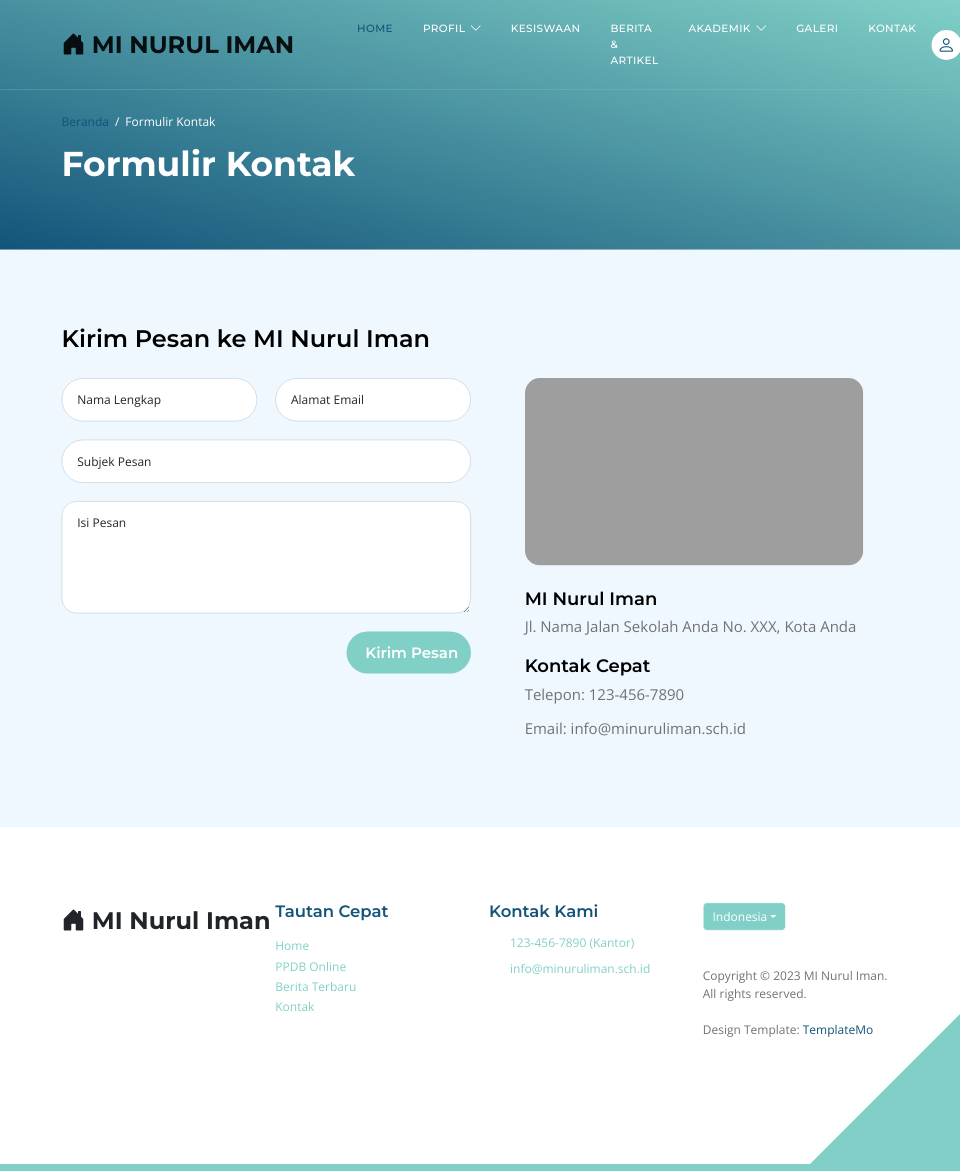
Repository: MKennyChaniago/sekolah-mi-nurul-iman
Page: http://localhost/kontak
An editor plug-in stored every save of this project. The page is shown before and after the next save, followed by the edit.
The browser window is 1280 px wide. The page is 1282 px wide, so the pictures cover 1282 px, including what lies to the right of the window. The pictures show the whole page, at 75% of full size.
Pictures or frames that could not be fetched are drawn as grey boxes. The page is served by the project's Laravel application, run on PHP 8.4 with Laravel 12. Other server files are loaded and not shown.

Above is the page before, as saved 2025-11-24 09:14:22.
Console error: TypeError: Cannot read properties of undefined (reading 'top')

### routes/web.php
<?php

use Illuminate\Support\Facades\Route;
use App\Http\Controllers\HomeController;
// Anda mungkin akan membuat Controller baru, contohnya:
// use App\Http\Controllers\ProfileController;

// --- A. ROUTE FRONTEND (MI NURUL IMAN) ---

// 1. HOME
Route::get('/', [HomeController::class, 'index'])->name('home');

// 2. PROFIL (Menggunakan grup untuk submenu)
Route::prefix('profil')->group(function () {
    Route::get('/sejarah', function () { return view('profil.sejarah'); })->name('profil.sejarah');
    Route::get('/visi-misi', function () { return view('profil.visi_misi'); })->name('profil.visi_misi');
    Route::get('/struktur-organisasi', function () { return view('profil.struktur'); })->name('profil.struktur');
});

// 3. KESISWAAN
Route::get('/kesiswaan', function () { return view('kesiswaan.index'); })->name('kesiswaan');

// 4. BERITA & ARTIKEL
// Listing Berita Utama
Route::get('/berita', function () { return view('berita.listing'); })->name('berita.listing');
// Detail Berita dengan parameter dinamis (slug)
Route::get('/berita/{slug}', function ($slug) { return view('berita.detail', compact('slug')); })->name('berita.detail');

// 5. AKADEMIK
Route::prefix('akademik')->group(function () {
    Route::get('/kurikulum', function () { return view('akademik.kurikulum'); })->name('akademik.kurikulum');
    Route::get('/guru-staff', function () { return view('akademik.guru_staff'); })->name('akademik.guru_staff');
    Route::get('/produk-hukum', function () { return view('akademik.produk_hukum'); })->name('akademik.produk_hukum');
});

// 6. Galeri
Route::get('/galeri', function () { return view('galeri.index'); })->name('galeri');

// 7. KONTAK MANDIRI (Formulir Kontak)
Route::get('/kontak', function () { return view('kontak'); })->name('kontak');


// --- B. ROUTE BACKEND (ADMIN) ---

// 8. ADMIN LOGIN
Route::get('/admin/login', function () {
    return view('admin.login');
})->name('admin.login');

### resources/views/kontak.blade.php
@extends('layouts.frontend')

@section('title', 'Hubungi Kami')

@section('content')

    <header class="site-header d-flex flex-column justify-content-center align-items-center">
        <div class="container">
            <div class="row align-items-center">

                <div class="col-lg-5 col-12">
                    <nav aria-label="breadcrumb">
                        <ol class="breadcrumb">
                            <li class="breadcrumb-item"><a href="{{ route('home') }}">Beranda</a></li>
                            <li class="breadcrumb-item active" aria-current="page">Formulir Kontak</li>
                        </ol>
                    </nav>

                    <h2 class="text-white">Formulir Kontak</h2>
                </div>

            </div>
        </div>
    </header>

    <section class="section-padding section-bg">
        <div class="container">
            <div class="row">

                <div class="col-lg-12 col-12">
                    <h3 class="mb-4 pb-2">Kirim Pesan ke MI Nurul Iman</h3>
                </div>

                <div class="col-lg-6 col-12">
                    <form action="#" method="post" class="custom-form contact-form" role="form">
                        @csrf

                        <div class="row">
                            <div class="col-lg-6 col-md-6 col-12">
                                <div class="form-floating">
                                    <input type="text" name="name" id="name" class="form-control" placeholder="Nama Lengkap" required="">
                                    <label for="floatingInput">Nama Lengkap</label>
                                </div>
                            </div>

                            <div class="col-lg-6 col-md-6 col-12">
                                <div class="form-floating">
                                    <input type="email" name="email" id="email" pattern="[^ @]*@[^ @]*" class="form-control" placeholder="Alamat Email" required="">
                                    <label for="floatingInput">Alamat Email</label>
                                </div>
                            </div>

                            <div class="col-lg-12 col-12">
                                <div class="form-floating">
                                    <input type="text" name="subject" id="subject" class="form-control" placeholder="Subjek Pesan" required="">
                                    <label for="floatingInput">Subjek Pesan</label>
                                </div>

                                <div class="form-floating">
                                    <textarea class="form-control" id="message" name="message" placeholder="Tuliskan pesan Anda"></textarea>
                                    <label for="floatingTextarea">Isi Pesan</label>
                                </div>
                            </div>

                            <div class="col-lg-4 col-12 ms-auto">
                                <button type="submit" class="form-control">Kirim Pesan</button>
                            </div>

                        </div>
                    </form>
                </div>

                <div class="col-lg-5 col-12 mx-auto mt-5 mt-lg-0">
                    <iframe class="google-map" src="http://googleusercontent.com/maps.google.com/3" width="100%" height="250" style="border:0;" allowfullscreen="" loading="lazy" referrerpolicy="no-referrer-when-downgrade"></iframe>

                    <h5 class="mt-4 mb-2">MI Nurul Iman</h5>

                    <p>Jl. Nama Jalan Sekolah Anda No. XXX, Kota Anda</p>

                    <h5 class="mt-4 mb-2">Kontak Cepat</h5>
                    <p>Telepon: 123-456-7890</p>
                    <p>Email: info@minuruliman.sch.id</p>
                </div>

            </div>
        </div>
    </section>

@endsection

### resources/views/layouts/frontend.blade.php
<!doctype html>
<html lang="id">
    <head>
        <meta charset="utf-8">
        <meta name="viewport" content="width=device-width, initial-scale=1">

        <meta name="description" content="Website Resmi Madrasah Ibtidaiyah Nurul Iman. Informasi PPDB, Kurikulum, dan Kegiatan Siswa.">
        <meta name="author" content="MI Nurul Iman Developer Team">

        <title>MI Nurul Iman | @yield('title', 'Beranda')</title>

        <link rel="preconnect" href="https://fonts.googleapis.com">
        <link rel="preconnect" href="https://fonts.gstatic.com" crossorigin>

        <link href="https://fonts.googleapis.com/css2?family=Montserrat:wght@500;600;700&family=Open+Sans&display=swap" rel="stylesheet">

        <link href="{{ asset('css/bootstrap.min.css') }}" rel="stylesheet">
        <link href="{{ asset('css/bootstrap-icons.css') }}" rel="stylesheet">
        <link href="{{ asset('css/templatemo-topic-listing.css') }}" rel="stylesheet">

        @yield('styles')
    </head>

    <body id="top">

        <main>

            <nav class="navbar navbar-expand-lg">
                <div class="container">
                    <a class="navbar-brand" href="{{ route('home') }}">
                        <i class="bi-house-door-fill"></i>
                        <span>MI NURUL IMAN</span>
                    </a>

                    <div class="d-lg-none ms-auto me-4">
                        <a href="{{ route('admin.login') }}" class="navbar-icon bi-person smoothscroll" title="Login Admin"></a>
                    </div>

                    <button class="navbar-toggler" type="button" data-bs-toggle="collapse" data-bs-target="#navbarNav" aria-controls="navbarNav" aria-expanded="false" aria-label="Toggle navigation">
                        <span class="navbar-toggler-icon"></span>
                    </button>

                    <div class="collapse navbar-collapse" id="navbarNav">
                        <ul class="navbar-nav ms-lg-5 me-lg-auto">

                            <li class="nav-item">
                                <a class="nav-link click-scroll" href="{{ route('home') }}">HOME</a>
                            </li>

                            <li class="nav-item dropdown">
                                <a class="nav-link dropdown-toggle" href="#" id="profilDropdown" role="button" data-bs-toggle="dropdown" aria-expanded="false">PROFIL</a>
                                <ul class="dropdown-menu dropdown-menu-light" aria-labelledby="profilDropdown">
                                    <li><a class="dropdown-item" href="{{ route('profil.sejarah') }}">Sejarah Madrasah</a></li>
                                    <li><a class="dropdown-item" href="{{ route('profil.visi_misi') }}">Visi & Misi</a></li>
                                    <li><a class="dropdown-item" href="{{ route('profil.struktur') }}">Struktur Organisasi</a></li>
                                </ul>
                            </li>

                            <li class="nav-item">
                                <a class="nav-link click-scroll" href="{{ route('kesiswaan') }}">KESISWAAN</a>
                            </li>

                            <li class="nav-item">
                                <a class="nav-link click-scroll" href="{{ route('berita.listing') }}">BERITA & ARTIKEL</a>
                            </li>

                            <li class="nav-item dropdown">
                                <a class="nav-link dropdown-toggle" href="#" id="akademikDropdown" role="button" data-bs-toggle="dropdown" aria-expanded="false">AKADEMIK</a>
                                <ul class="dropdown-menu dropdown-menu-light" aria-labelledby="akademikDropdown">
                                    <li><a class="dropdown-item" href="{{ route('akademik.kurikulum') }}">Kurikulum</a></li>
                                    <li><a class="dropdown-item" href="{{ route('akademik.guru_staff') }}">Guru & Staff</a></li>
                                    <li><a class="dropdown-item" href="{{ route('akademik.produk_hukum') }}">Produk Hukum</a></li>
                                </ul>
                            </li>

                            <li class="nav-item">
                                <a class="nav-link click-scroll" href="{{ route('galeri') }}">GALERI</a>
                            </li>

                            <li class="nav-item">
                                <a class="nav-link click-scroll" href="{{ route('kontak') }}">KONTAK</a>
                            </li>

                        </ul>

                        <div class="d-none d-lg-block">
                            <a href="{{ route('admin.login') }}" class="navbar-icon bi-person smoothscroll" title="Login Admin"></a>
                        </div>
                    </div>
                </div>
            </nav>
            @yield('content')


        </main>

        <footer class="site-footer section-padding">
            <div class="container">
                <div class="row">

                    <div class="col-lg-3 col-12 mb-4 pb-2">
                        <a class="navbar-brand mb-2" href="{{ route('home') }}">
                            <i class="bi-house-door-fill"></i>
                            <span>MI Nurul Iman</span>
                        </a>
                        <p class="text-white-50 mt-3">Jl. Nama Jalan Sekolah Anda, Kota Anda.</p>
                        <p class="text-white-50">Email: info@minuruliman.sch.id</p>
                    </div>

                    <div class="col-lg-3 col-md-4 col-6">
                        <h6 class="site-footer-title mb-3">Tautan Cepat</h6>
                        <ul class="site-footer-links">
                            <li class="site-footer-link-item"><a href="{{ route('home') }}" class="site-footer-link">Home</a></li>
                            <li class="site-footer-link-item"><a href="#" class="site-footer-link">PPDB Online</a></li>
                            <li class="site-footer-link-item"><a href="#berita-artikel" class="site-footer-link">Berita Terbaru</a></li>
                            <li class="site-footer-link-item"><a href="#contact-section" class="site-footer-link">Kontak</a></li>
                        </ul>
                    </div>

                    <div class="col-lg-3 col-md-4 col-6 mb-4 mb-lg-0">
                        <h6 class="site-footer-title mb-3">Kontak Kami</h6>
                        <p class="text-white d-flex mb-1">
                            <i class="bi-telephone me-2"></i>
                            <a href="tel: 123-456-7890" class="site-footer-link">123-456-7890 (Kantor)</a>
                        </p>
                        <p class="text-white d-flex">
                            <i class="bi-envelope me-2"></i>
                            <a href="mailto:info@minuruliman.sch.id" class="site-footer-link">info@minuruliman.sch.id</a>
                        </p>
                    </div>

                    <div class="col-lg-3 col-md-4 col-12 mt-4 mt-lg-0 ms-auto">
                        <div class="dropdown">
                            <button class="btn btn-secondary dropdown-toggle" type="button" data-bs-toggle="dropdown" aria-expanded="false">
                            Indonesia</button>
                            <ul class="dropdown-menu">
                                <li><button class="dropdown-item" type="button">English</button></li>
                            </ul>
                        </div>

                        <p class="copyright-text mt-lg-5 mt-4">Copyright © {{ date('Y') }} MI Nurul Iman. All rights reserved.
                        <br><br>Design Template: <a rel="nofollow" href="https://templatemo.com" target="_blank">TemplateMo</a></p>

                    </div>

                </div>
            </div>
        </footer>


        <script src="{{ asset('js/jquery.min.js') }}"></script>
        <script src="{{ asset('js/bootstrap.bundle.min.js') }}"></script>
        <script src="{{ asset('js/jquery.sticky.js') }}"></script>
        <script src="{{ asset('js/click-scroll.js') }}"></script>
        <script src="{{ asset('js/custom.js') }}"></script>

        @yield('scripts')
    </body>
</html>

Loaded but not shown: public/css/bootstrap.min.css (library); public/css/bootstrap-icons.css (library); public/js/jquery.min.js (library); public/js/bootstrap.bundle.min.js (library); public/js/jquery.sticky.js (library); public/js/custom.js (51 lines, source omitted); public/js/click-scroll.js (37 lines, source omitted); public/css/templatemo-topic-listing.css (1154 lines, source omitted)

After the next save:
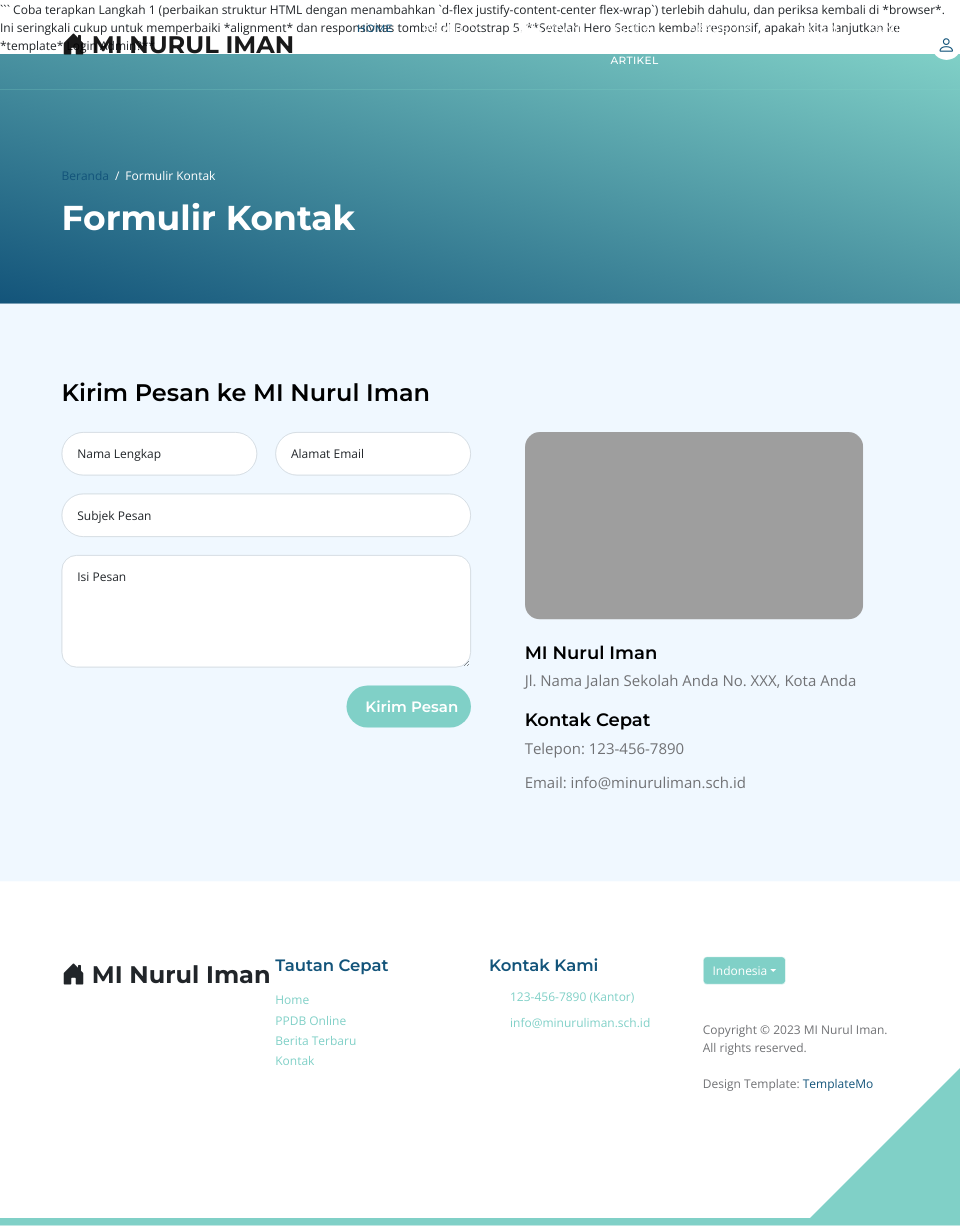
Saved 6 min 0 s later.
--- a/resources/views/layouts/frontend.blade.php
+++ b/resources/views/layouts/frontend.blade.php
@@ -17,6 +17,12 @@
         <link href="{{ asset('css/bootstrap.min.css') }}" rel="stylesheet">
         <link href="{{ asset('css/bootstrap-icons.css') }}" rel="stylesheet">
         <link href="{{ asset('css/templatemo-topic-listing.css') }}" rel="stylesheet">
+        <link href="{{ asset('css/templatemo-topic-listing.css') }}" rel="stylesheet">
+<link href="{{ asset('css/custom-mi.css') }}" rel="stylesheet"> ```
+
+Coba terapkan Langkah 1 (perbaikan struktur HTML dengan menambahkan `d-flex justify-content-center flex-wrap`) terlebih dahulu, dan periksa kembali di *browser*. Ini seringkali cukup untuk memperbaiki *alignment* dan responsivitas tombol di Bootstrap 5.
+
+**Setelah Hero Section kembali responsif, apakah kita lanjutkan ke *template* Login Admin?**
 
         @yield('styles')
     </head>
